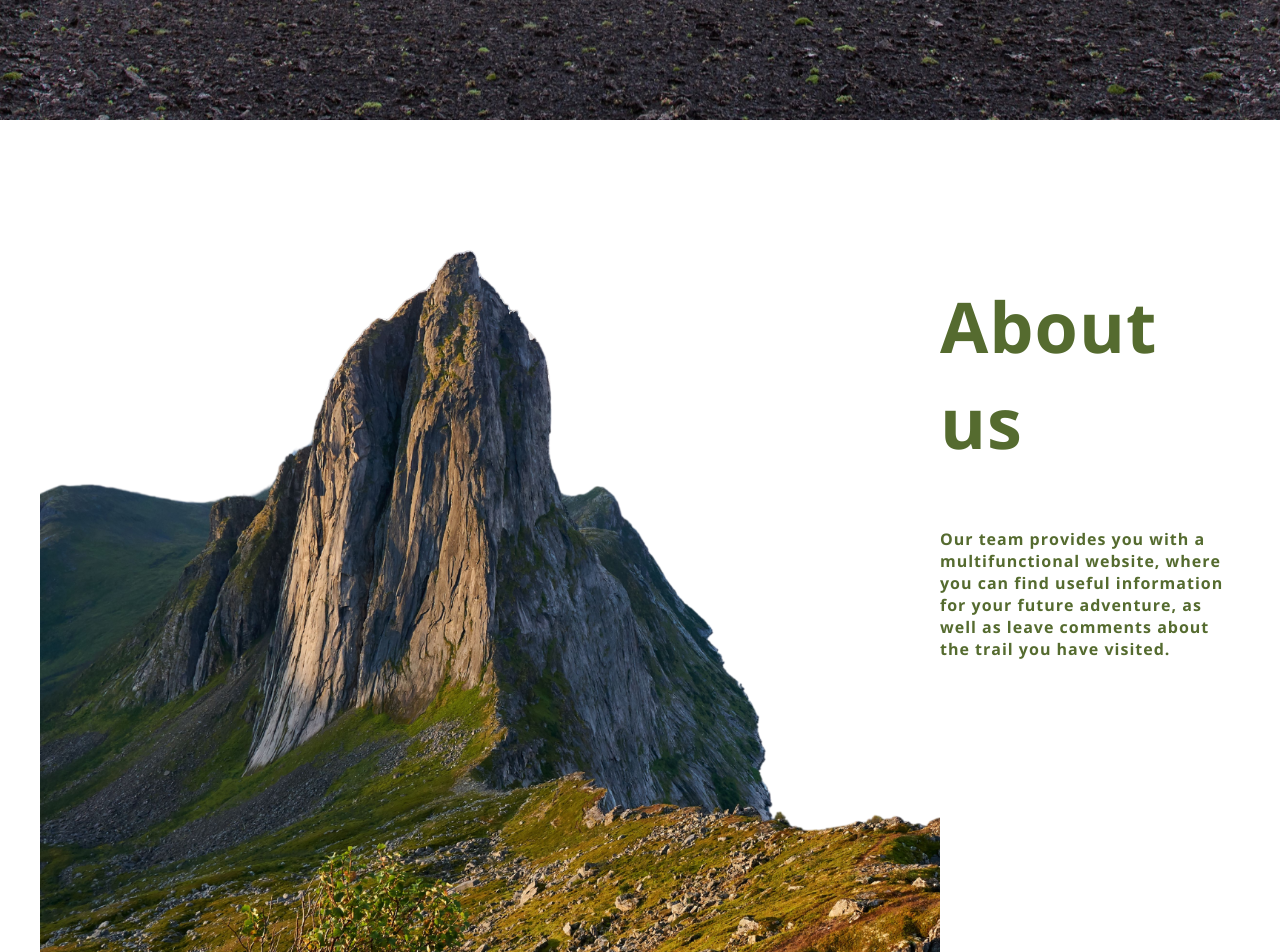
Repository: artembundin/travelrus.github.io
Page: index.html
The author's editor kept a copy of each file at every save. The page is drawn from the files as they stood at one save, then again after the next save.
The browser window is 1280 px wide. The pictures show the part of the page from y = 2580 to 3532 px (the page is 4792 px tall).
A picture or video elsewhere on the page could not be fetched, so the positions and the page height are approximate. An inner scrolling area shows only its first screen. Backgrounds fixed to the window are drawn as part of the page. Some web fonts or font styles are not loaded; a fallback is used.

Above is the page before, as saved 2025-05-08 01:27:44.
Console error: TypeError: Cannot read properties of null (reading 'offsetTop')

After the next save:
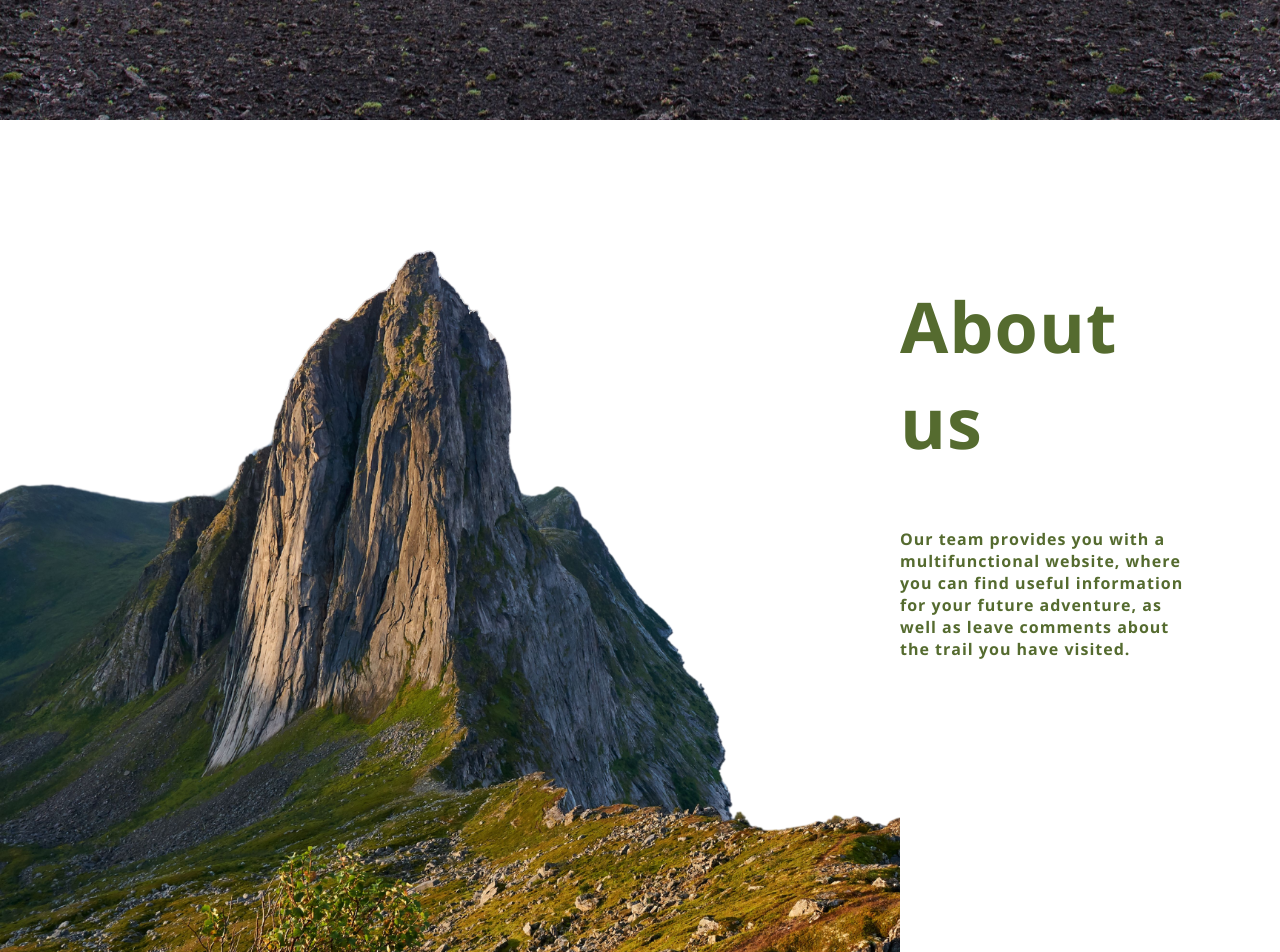
Saved 5 min 1 s later.
--- a/style.css
+++ b/style.css
@@ -396,7 +396,6 @@ a {
   display: flex;
   max-width: 1200px;
   height: 800px;
-  margin-left: auto;
   margin-right: auto;
   overflow-x: hidden;
   margin-top: 100px;
